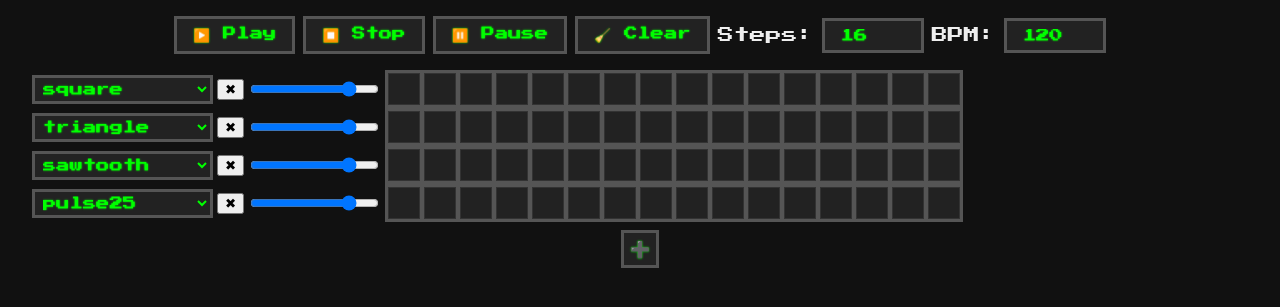
Repository: Aldentec/8-bit-Composer
Page: index.html
The author's editor kept a copy of each file at every save. The page is drawn from the files as they stood at one save, then again after the next save.
The browser window is 1280 px wide. The pictures show the whole page.
Some web libraries are served in a nearby version.

Above is the page before, as saved 2025-05-28 16:42:02.

After the next save:
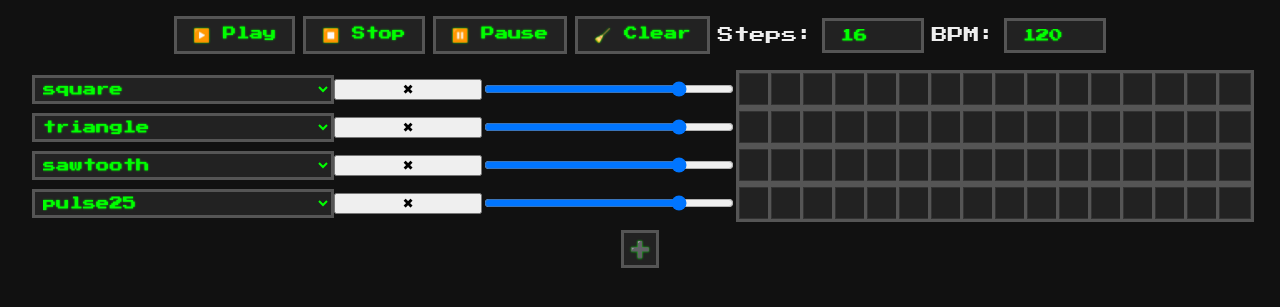
Saved 2 min 19 s later.
--- a/style.css
+++ b/style.css
@@ -84,10 +84,8 @@ body {
 /* Each row: dropdown + cells */
 .grid-row {
   display: grid;
-  width: max-content;        /* only as wide as its cells */
-  column-gap: 4px;
   align-items: center;
-  grid-auto-flow: column;    /* you already set grid-template-columns inline */
+  gap: 0; /* no gap between columns */
 }
 
 /* Instrument dropdown */
